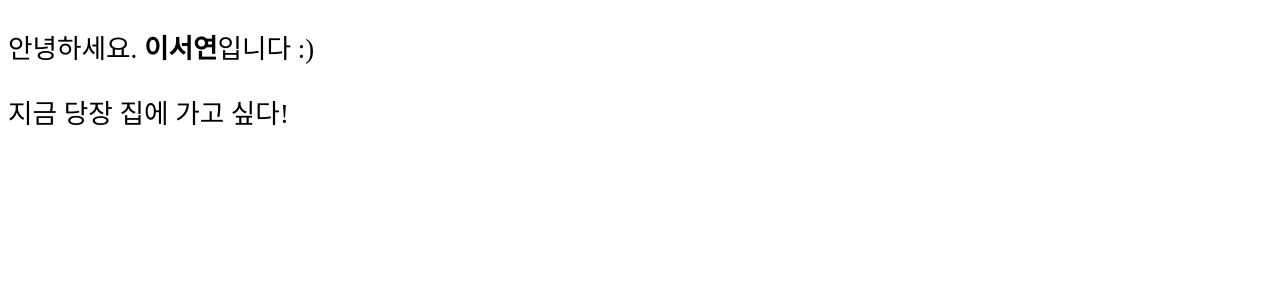
Repository: seoyeon0619/WebProgramming
Page: http://localhost/myhome1/자기소개.jsp
An editor plug-in stored every save of this project. The page is shown before and after the next save, followed by the edit.
The browser window is 1280 px wide. The pictures show the whole page.
Some web fonts or font styles are not loaded; a fallback is used. The page is served by Tomcat 9.

Above is the page before, as saved 2022-12-29 07:40:32.

### workspace1/myhome1/src/main/webapp/자기소개.jsp
<%@ page language="java" contentType="text/html; charset=UTF-8"
    pageEncoding="UTF-8"%>
<!DOCTYPE html>
<html>
<head>
<meta charset="UTF-8">
<title>Insert title here</title>
<link rel="preconnect" href="https://fonts.googleapis.com"><link rel="preconnect" href="https://fonts.gstatic.com" crossorigin>
<link href="https://fonts.googleapis.com/css2?family=Gaegu:wght@700&family=Rubik+Bubbles&display=swap" rel="stylesheet">
</head>
<body>
<style>
        body, h1, h2, h3, h4, h5, h6, p, span {
          font-family: 'Gaegu', cursive;
          font-size : 20pt;
        }
</style>
	<p>안녕하세요. <strong>이서연</strong>입니다 :) </p>
	<p>지금 당장 집에 가고 싶다!</p>
</body>
</html>

After the next save:
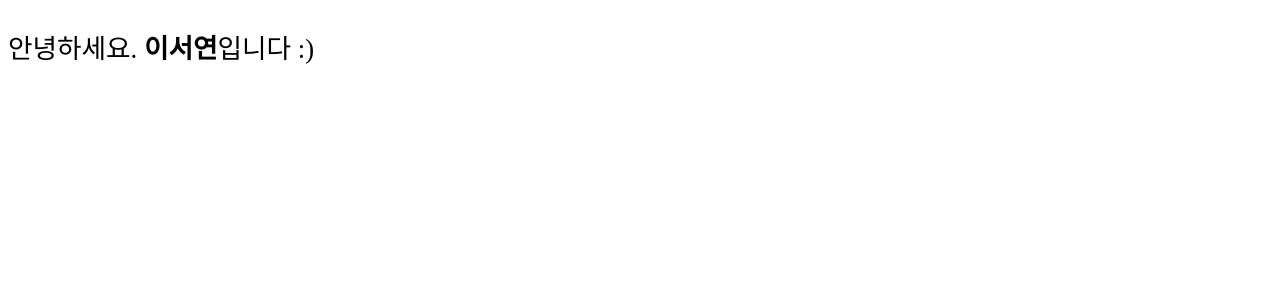
Saved 50 s later.
--- a/workspace1/myhome1/src/main/webapp/자기소개.jsp
+++ b/workspace1/myhome1/src/main/webapp/자기소개.jsp
@@ -16,6 +16,6 @@
         }
 </style>
 	<p>안녕하세요. <strong>이서연</strong>입니다 :) </p>
-	<p>지금 당장 집에 가고 싶다!</p>
+
 </body>
 </html>
